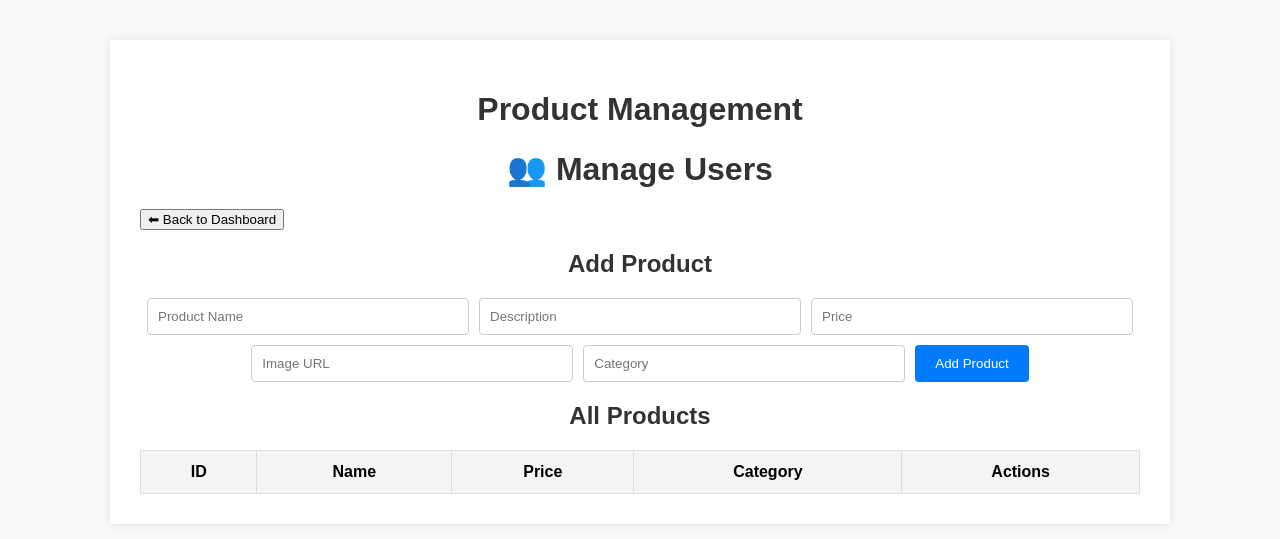
Repository: Pushc/Ecommerce
Page: frontend/admin/products.html
An editor plug-in stored every save of this project. The page is shown before and after the next save, followed by the edit.
The browser window is 1280 px wide. The pictures show the whole page.
The page's requests for data from a server got no answer.

Above is the page before, as saved 2025-05-14 22:21:58.

After the next save:
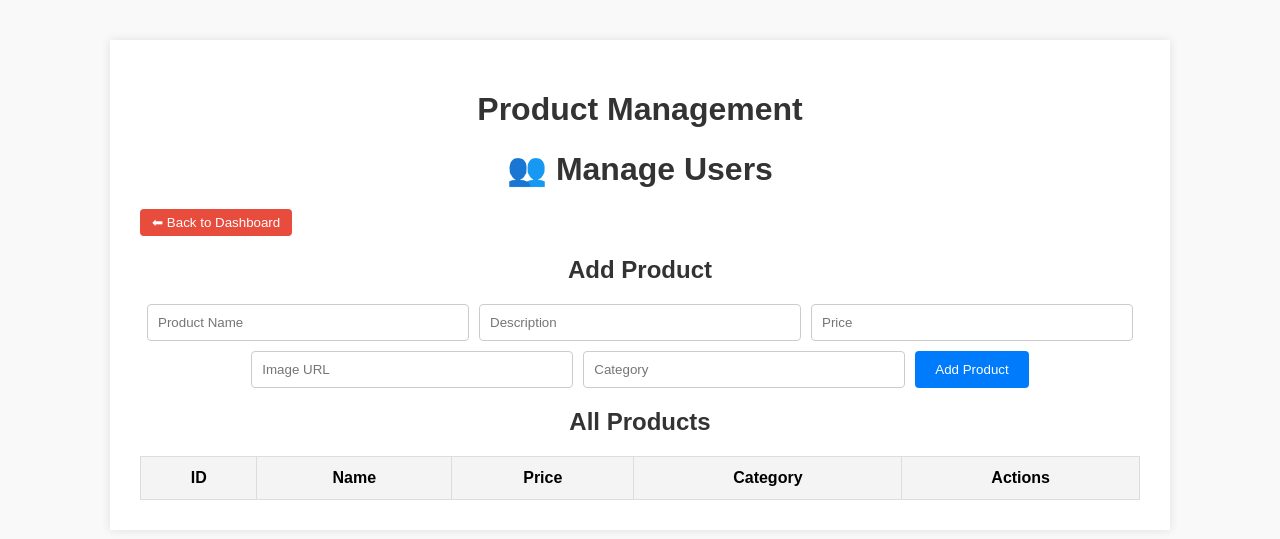
Saved 43 s later.
--- a/frontend/admin/css/products.css
+++ b/frontend/admin/css/products.css
@@ -63,3 +63,17 @@ button.delete-btn {
   border-radius: 4px;
   cursor: pointer;
 }
+
+
+button {
+  padding: 6px 12px;
+  border: none;
+  border-radius: 4px;
+  background-color: #e74c3c;
+  color: white;
+  cursor: pointer;
+}
+
+button:hover {
+  background-color: #c0392b;
+}
